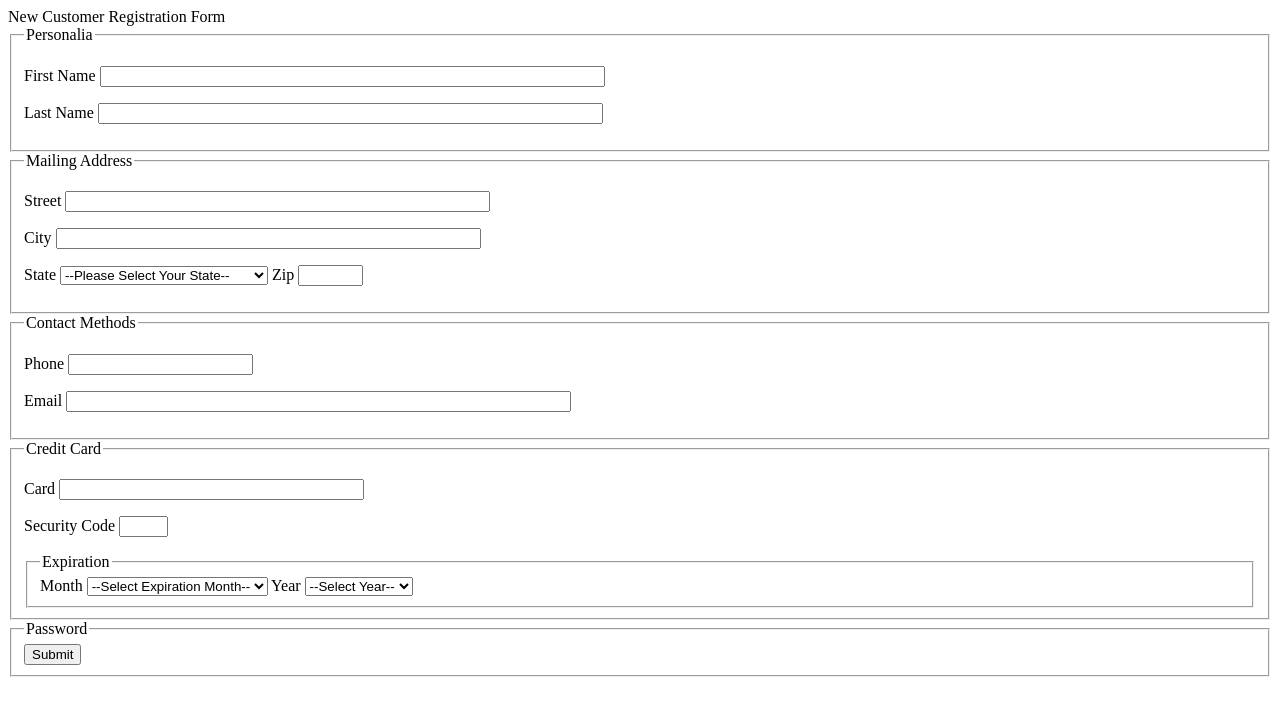
Repository: banjilawal/htdocs
Page: http://localhost/controls/new_customer-form.php
An editor plug-in stored every save of this project. The page is shown before and after the next save, followed by the edit.
The browser window is 1280 px wide. The pictures show the whole page.
The page is run by PHP 8.4 with error messages shown; the project is at /var/www/html/.

Above is the page before, as saved 2022-03-26 23:58:16.

After the next save:
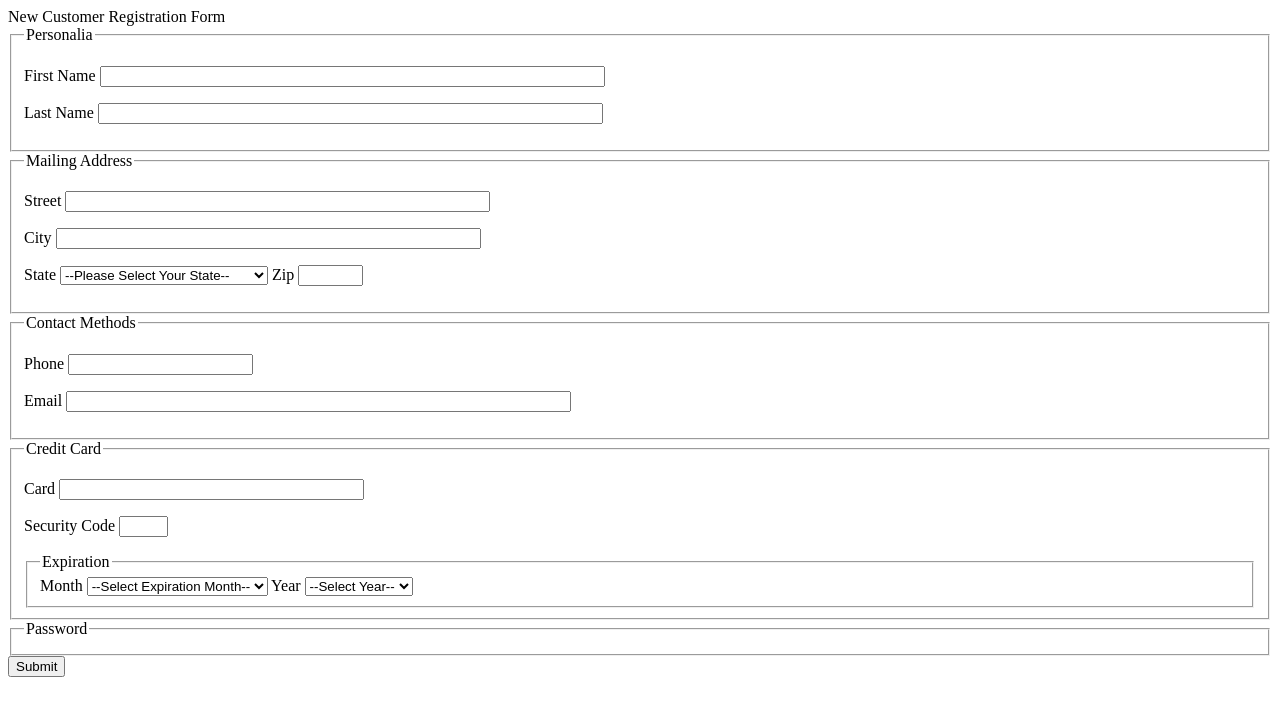
Saved 1 s later.
--- a/shop-0.01/controls/new_customer-form.php
+++ b/shop-0.01/controls/new_customer-form.php
@@ -178,7 +178,7 @@
         </fieldset>
 
         <fieldset><legend>Password</legend>
-            <label
+            <label>
 
         </fieldset>
 
